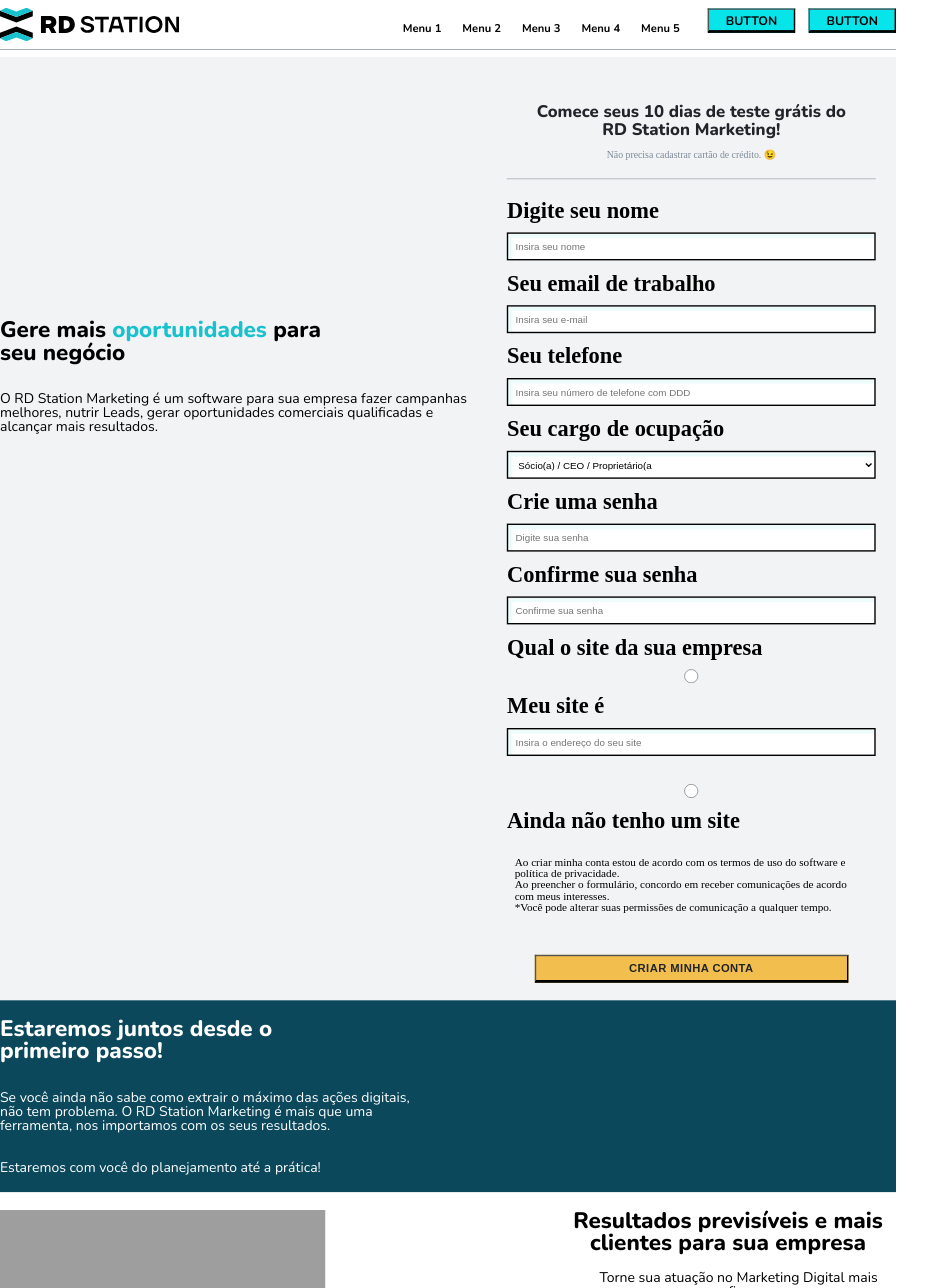
Repository: LarisseLima/rd
Page: index.html
The author's editor kept a copy of each file at every save. The page is drawn from the files as they stood at one save, then again after the next save.
The browser window is 1280 px wide. The page is 1356 px wide, so the pictures cover 1356 px, including what lies to the right of the window. The pictures show the part of the page from y = 0 to 1840 px (the page is 4789 px tall before and 4805 px after), at 70% of full size.
Pictures or frames that could not be fetched are drawn as grey boxes.

Above is the page before, as saved 2021-07-27 13:27:14.

### index.html
<!DOCTYPE html>
<html>
  <head>
    <meta charset="utf-8" />
    <meta name="viewport" content="width=device-width, initial-scale=1" />
    <title>Rd Station</title>
    <link rel="shortcut icon" href="assets//favicon.png" />
    <link rel="stylesheet" href="css/index.css" />
  </head>
  <body>
    <header class="header">
      <div class="container">
        <img class="container_logo" src="assets/logo.svg" alt="Logo RD" />
        <nav class="header_nav">
          <ul>
            <li>Menu 1</li>
            <li>Menu 2</li>
            <li>Menu 3</li>
            <li>Menu 4</li>
            <li>Menu 5</li>
          </ul>
          <div>
            <button className="btn-primary">button</button>
            <button>button</button>
          </div>
        </nav>
      </div>
    </header>
    <main>
      <section class="section_modal">
        <div class="container">
          <div class="section_modal_info">
            <h2 class="section_modal_title">
              Gere mais <span>oportunidades</span>  para seu negócio
            </h2>
            <p class="section_modal_paragraph">
              O RD Station Marketing é um software para sua empresa fazer
              campanhas melhores, nutrir Leads, gerar oportunidades comerciais
              qualificadas e alcançar mais resultados.
            </p>
          </div>
          <form method="post" action="https://app.rdstation.com.br/signup">
            <header>
              <h4>Comece seus 10 dias de teste grátis do RD Station Marketing!</h4>
              <h5>Não precisa cadastrar cartão de crédito. 😉</h5>
            </header>
            <label >Digite seu nome</label>
            <input
              type="text"
              name="name"
              placeholder="Insira seu nome"
            />
            <label >Seu email de trabalho</label>
            <input
              type="email"
              name="email"
              placeholder="Insira seu e-mail"
            />
            <label >Seu telefone</label>
            <input
              type="tel"
              name="telefone"
              placeholder="Insira seu número de telefone com DDD"
            />

            <label >Seu cargo de ocupação</label>
            <select
              name="cargo"
              placeholder="Age..."
            >
              <option value="ceo">Sócio(a) / CEO / Proprietário(a</option>
              <option value="diretorVendas">Diretor(a) de Vendas</option>
              <option value="diretorMarketing">Diretor(a) de Marketing</option>
              <option value="diretorOA">Diretor(a) Outras Áreas</option>
              <option value="gerenteVendas">"Gerente de Vendas</option>
              <option value="supervisorMarketing">
                Coordenador(a)/Supervisor(a) de Marketing
              </option>
              <option value="supervisorVendas">Coordenador(a)/Supervisor(a) de Vendas</option>
              <option value="analistaMarketing">Analista/Assistente de Marketing</option>
              <option value="analistaVendas">Analista/Assistente de Vendas</option>
              <option value="vendedorContas">Vendedor(a) / Executivo(a) de Contas</option>
              <option value="estudante">Estudante</option>
              <option value="OC">Outros Cargos</option>

            </select>

            <label >Crie uma senha</label>
            <input
              type="password"
              name="password"
              placeholder="Digite sua senha"
            />
            <label >Confirme sua senha</label>
            <input
              type="password"
              name="confirmPassword"
              placeholder="Confirme sua senha"
            />
            <label>Qual o site da sua empresa</label>
            <input type="radio" name='site' id="site" />
            <label htmlFor='site'>Meu site é </label>
            <input
              type="text"
              name="site"
              placeholder="Insira o endereço do seu site"
            />
            <input type="radio" name='site' id="site" />
            <label htmlFor='site'>Ainda não tenho um site  </label>

            <ul>
              <li>
                Ao criar minha conta estou de acordo com os termos de uso do software e política de privacidade.
              </li>
              <li>
                Ao preencher o formulário, concordo em receber comunicações de acordo com meus interesses.
              </li>
              <li>
                *Você pode alterar suas permissões de comunicação a qualquer tempo.
              </li>
            </ul>
            <button>criar minha conta </button>
          </form>
          </div>
        </div>
      </section>
      <section class="section_rd">
        <div class="container">
          <div class="section_rd_info">
            <h2 class="section_rd_title">
              Estaremos juntos desde o primeiro passo!
            </h2>
            <p class="section_rd_paragraph">
              Se você ainda não sabe como extrair o máximo das ações digitais, não tem problema. O RD Station Marketing é mais que uma ferramenta, nos importamos com os seus resultados.
            </p>
            <p class="section_rd_paragraph">
              Estaremos com você do planejamento até a prática!
            </p>
          </div>
        </div>
          </div>
        </div>
      </section>
      <section class="section_photo">
        <div class="container">
          <div class="section_img">
            <img src="assets/img-rdoer.svg" alt="">
          </div>
          <div class="section_img_about">
            <h2 class="section_img_about_title">
              Resultados previsíveis
              e mais clientes para sua empresa
            </h2>
            <h3 class="section_img_about_subtitle">Torne sua atuação no Marketing Digital mais eficaz</h3>
            <div class="section_list">
              <ul class="section_list_ul">
              <li class="section_list_li">
                <img src="assets/checkmark.svg" alt="">
                <strong>Ferramentas intuitivas</strong> e com modelos prontos, vídeos explicativos e passo a passo guiado
              </li>
              <li class="section_list_li">
                <img src="assets/checkmark.svg" alt="">
                <strong>Implementação com especialistas</strong>focada em planejamento e prática (nos planos Marketing Pro e Enterprise)
              </li>
              <li class="section_list_li">
                <img src="assets/checkmark.svg" alt="">
                <strong>Time de especialistas em Sucesso do Cliente</strong> para apoiar na otimização da estratégia em cada fase da sua jornada (nos planos Marketing Pro e Enterprise)
              </li>
              <li class="section_list_li">
                <img src="assets/checkmark.svg" alt="">
                <strong>Suporte técnico</strong> em português, espanhol e inglês para tirar dúvidas, com 97% de satisfação entre nossos clientes
              </li>
              <li class="section_list_li">
                <img src="assets/checkmark.svg" alt="">
                <strong>Muito conteúdo educativo,</strong> eventos, cursos da RD University e comunidades para você continuar evoluindo
              </li>
            </ul>
              </div>
          </div>
        </div>
      </section>
      <section class="section_cards">
        <div class="container">
          <div class="section_cards_info">
            <h2 class="section_cards_title">
              A ferramenta de Automação de Marketing líder na América Latina
            </h2>
            <div class="card_row">
              <div class="card_row_info color">
                <h2>Torne sua operação de Marketing Digital mais produtiva</h2>
                <p>Chega de usar várias ferramentas separadas e perder as informações no caminho! Somos o que chamam de ferramenta tudo-em-um: reunimos os principais recursos de Marketing Digital em um só lugar para sua operação ser mais eficaz.</p>
                <img class="image" src="assets/icons/card-1.svg" alt="icon" />
              </div>

              <div class="card_row_info color">
                <h2>Crie facilmente
                  campanhas que funcionam</h2>
                <p>É fácil usar o RD Station Marketing, porque suas funcionalidades são simples, mas poderosas, e contam com dezenas de modelos — como de Landing Pages, Pop-ups, emails — para diversas ocasiões e segmentos que você pode personalizar de acordo com a sua campanha.</p>
                <img class="image" src="assets/icons/card-2.svg" alt="settings" />
              </div>

              <div class="card_row_info color">
                <h2>Construa jornadas personalizadas e gere vendas em escala</h2>
                <p>Envie a mensagem certa na hora certa e construa jornadas personalizadas que geram até 5x mais conversões e guiam Leads até a compra. Automatize também suas tarefas e aumente a produtividade de Marketing e Vendas.</p>
                <img class="image" src="assets/icons/card-3.svg" alt="article" />
              </div>

            </div>
            <div class="card_row">
              <div class="card_row_info color">
                <h2>Encontre automaticamente as melhores oportunidades</h2>
                <p>Conheça melhor seu público, de acordo com as informações capturadas nas suas páginas e formulários. Defina critérios para identificar automaticamente Leads com maior potencial de compra e envie para o comercial oportunidades qualificadas.</p>
                <img class="image" src="assets/icons/card-4.svg" alt="icon" />
              </div>

              <div class="card_row_info color">
                <h2>Saia da incerteza e comprove resultados</h2>
                <p>Ao invés de fazer uma série de ações isoladas, sem saber qual funciona, junte as informações de todos os seus contatos e suas ações em diferentes canais com recursos de análise para provar que Marketing Digital traz mais vendas e clientes.</p>
                <img class="image" src="assets/icons/card-5.svg" alt="settings" />
              </div>

              <div class="card_row_info color">
                <h2>Suporte ágil e na sua língua</h2>
                <p>Nosso time de suporte técnico está disponível quando você precisar, com uma taxa de satisfação de 97% entre nossos clientes e um tempo médio de resolução de 6 horas. E o melhor: tudo isso em português.</p>
                <img class="image" src="assets/icons/card-3.svg" alt="article" />
              </div>

            </div>
          </div>
        </div>
          </div>
        </div>
      </section>
      <section class="section_mk">
        <div >
          <div class="section_mk_info">
            <h2 class="section_mk_title">
              Por que mais de 25.000 empresas escolheram o RD Station?
            </h2>
            <p class="section_mk_paragraph">
              Combinamos nossos produtos de Marketing e Vendas com pessoas que se importam com seus resultados e um ecossistema que apoia o seu negócio do planejamento à prática.
            </p>
            <div class="section_mk_button">
             <a href="https://app.rdstation.com.br/signup" target="blank"> <img src="assets/button-yellow.svg" alt="Botão criar conta"></a>
            </div>
          </div>
        </div>
          </div>
        </div>
      </section>
      <section class="section_video">
        <div class="container">
          <div class="section_video_about">
            <h2 class="section_video_about_title">
              Entenda melhor como o RD Station Marketing funciona na prática
            </h2>
            <div class="section_video_button">
              <a href="https://app.rdstation.com.br/signup" target="blank"> <img src="assets/button-play.svg" alt="Botão criar conta"></a>
             </div>
          </div>
          <iframe
            width="560"
            height="315"
            src="https://www.youtube.com/embed/lGCesaaLi4s?controls=0"
            frameborder="0"
            allowfullscreen
          ></iframe>
        </div>
      </section>
      <section class="section_logos">
        <div class="container">
          <div class="section_logos_about">
            <h2 class="section_logos_title">
              Torne sua operação de Marketing ainda mais poderosa
            </h2>
            <p class="section_logos_title">
              O RD Station Marketing se conecta as principais ferramentas nacionais e internacionais
            </p>
            <div class="section_logos_button">
              <a href="https://app.rdstation.com.br/signup" target="blank"> <img src="assets/button-play.svg" alt="Botão criar conta"></a>
             </div>
          </div>
          <div class="section_logos_img"> <img src="assets/section-logos.svg" alt="Logo empresas"></div>
        </div>
      </section>
    </main>
    <footer class="footer">
      <section class="footer_section">
          <div class="footer_section_img">
                <img src="assets/logo2.svg" alt="Logo RD" />
          </div>
            <div class="footer_section_icons">
              <ul>
                  <li><a href="https://twitter.com/rd_station" target="blank" ><img src="assets/twitter.svg" alt="Icone do Twitter"/></a></li>
                  <li><a href="https://www.facebook.com/ResultadosDigitais/"  target="blank" ><img src="assets/facebook.svg" alt="Icone do faceboock"/></a></li>
                  <li><a href="https://www.linkedin.com/company/resultadosdigitais"  target="blank" ><img src="assets/linkedin.svg" alt="Icone do Linkedin"/></a></li>
                  <li><a href="https://www.instagram.com/resdigitais/
                    "  target="blank" ><img src="assets/instagram.svg" alt="Icone do Instagram"/></a></li>
                  <li><a href="https://www.youtube.com/channel/UC5lPKvmw6-DFya_qreisENQ"   target="blank" ><img src="assets/youtube.svg" alt="Icone do Youtube"/></a></li>
              </ul>
          </div>
          </div>
          <div class="footer_section_row"></div>
          <div class="footer_section_info">
            <h3 class="footer_section_info_h3">© 2021 <span>RD Station.
               </span><a href="https://legal.rdstation.com/pt/privacy-policy/">Política de Privacidade.</a> </h3>
          </ul>
      </section>
    </footer>
  </body>
</html>

### css/index.css
@import "style.css";
@import "reset.css";

### css/style.css
@import url("https://fonts.googleapis.com/css2?family=Nunito:wght@300;400;700;800&display=swap");

body {
  font-family: "Nunito", sans-serif;
  background: var(--white);
}

/* .container {
  width: 94%;
  margin: 0 auto;
} */
.container_logo{
  margin-bottom: 10px;
  width: 20%;
}

.header {
  background-color: var(--white);
  padding: 10px 0;
  display: flex;
  height: 100%;
  justify-content: space-around;
  align-items: center;
}

.header ul{
  padding: 20px 10px;
  list-style: none;
  display: flex;
  align-items: center;
  justify-content: center;
}

.header li{
  position: relative;
  cursor: pointer;
  font-size: 1.25rem;
  padding: 15px;
  align-items: center;
  font-size: 16px;
  font-weight: 700;
  font-family: "Nunito", sans-serif;
}
.header li:hover{
color: var(--blueHover)
}

.header .container {
  display: flex;
  align-items: center;
  justify-content: space-between;
  width: 100%;
  height: 60px;
  border-bottom: 1px solid var(--lighterGray-70);
  /* position: fixed; */
  z-index: 9;
}

.header_nav {
  display: flex;
}

.header_nav button {
  margin-top: 15px;
  transition: 0.5s;
  font-size: 1.1rem;
  margin-left: 15px;
  font-weight: bold;
  color: var(--black);
  text-transform: uppercase;
  font-family: "Nunito", sans-serif;
}
.header_nav_button img {
  width: 85px;
}

.header_nav button:hover,
.section_mk_button img:hover,
.section_video_button img:hover,
.section_logos_button img:hover {
  transform: translateY(-5px);
  cursor: pointer;
}

.section_modal {
  /* background-color: var(--lighterGray); */
  background-image: url(assets/shape1.svg);
  /* background-position: center top; */
  background-size: cover;
  background-repeat: no-repeat;
  padding: 25px 0;
  width: 100%;
  display: flex;
}

.section_modal_title{
  padding-top: 350px;
}

.section_modal_paragraph{
  padding-top: 40px;
  font-family: "Nunito", sans-serif;
  font-size: 20px;
  font-weight: 400;
}
.section_modal .container {
  color: var(--black);
  display: flex;
  justify-content: space-between;
}


form{
  width: 100%;
  height: 100%;
  display: flex;
  align-items: center;
  justify-content: center;
  flex-direction: column;
}

form header{
  width: 90%;
  display: flex;
  margin-top: 40px;
  padding-bottom: 24px;
  flex-direction: column;
  justify-content: center;
  align-items: center;
  border-bottom: 1px solid var(--lighterGray-60);
  margin-bottom: 32px;
}

form h4{
  width: 448px;
  height: 52px;
  left: 860px;
  font-family: "Nunito", sans-serif;
  font-weight: 800;
  font-size: 24px;
  line-height: 110%;
  text-align: center;
  color: var(--lighterGray-100);
}

form h5{
  width: 275px;
  height: 17px;
  margin-top: 16px;
  font-family: 'Nunito' Sans;
  font-size: 14px;
  line-height: 120%;
  text-align: center;
  color: var(--lighterGray-70);
}

form label{
  width: 90%;
  display: flex;
  flex-direction: column;
  font-family: 'Nunito' Sans;
  font-weight: 600;
  font-size: 32px;
  line-height: 24px;

}

form input, select{
  width: 90%;
  height: 40px;
  background: var(--white);
  padding: 10px;
  font-family: 'Nunito' Sans;
  font-style: normal;
  font-weight: normal;
  font-size: 14px;
  line-height: 20px;
  margin: 20px 0px;
  border: 2px solid var(--black);
  box-sizing: border-box;
  box-shadow: inset 6px 6px 0px #EEFBFB;
}

form input[type=radio]{
  width: 50%;
  height: 20px;
  display: flex;
  box-shadow: none;
}

form ul{
  display: flex;
  flex-direction: column;
  margin: 40px;
}

form button{
  text-transform: uppercase;
  display: flex;
  flex-direction: column;
  justify-content: center;
  align-items: center;
  padding: 0px;
  margin-top: 20px;
  width: 448px;
  height: 40px;
  left: 0px;
  top: 0px;
  font-family: 'Nunito' Sans;
  font-style: normal;
  font-weight: 800;
  font-size: 16px;
  line-height: 150%;
  text-align: center;
  letter-spacing: 0.04em;
  text-transform: uppercase;
  color: var(--lighterGray-100);
  background: var(--highlight-60);
  flex: none;
  order: 0;
  flex-grow: 0;
}

form button:hover{
  background: var(--blueHover);
}
.section_modal_title,
.section_rd_title,
.section_img_about_title,
.section_img_about_title,
.section_video_about_title,
.section_logos_title, .section_cards_title {
  font-weight: 900;
  width: 15em;
  font-family: "Nunito", sans-serif;
  font-size: 32px;
}

.section_modal_title span {
  color: var(--blueAscent);
}

.section_rd_paragraph,
.section_logos_paragraph {
  width: 600px;
  padding-right: 108px;
  padding-top: 40px;
  font-family: "Nunito", sans-serif;
  font-size: 20px;
  font-weight: 400;
}

.section_rd {
  background-color: var(--darkBlue);
  padding: 25px 0;
}

.section_rd .container {
  color: var(--white);
  display: flex;
  justify-content: space-between;
}

.section_photo {
  /* background-color: var(--lighterGray); */
  padding: 25px 0;
}

.section_photo .container {
  display: flex;
  justify-content: space-between;
}

.section_img img {
  height: 500px;
  width: 465px;
  border-radius: 0px;
}
.section_img_about {
  width: 450px;
  text-align: center;
  align-items: flex-end;
  display: flex;
  flex-direction: column;
  display: flex;
}


.section_img_about_subtitle {
  padding-top: 24px;
  font-weight: 400;
  font-family: "Nunito", sans-serif;
  font-size: 20px;
}

.section_list li {
  padding-top: 30px;
  font-weight: 400;
  font-family: "Nunito", sans-serif;
  font-size: 16px;
}

.section_list_li strong {
  font-weight: bolder;
}
.section_list_li img {
  height: 13px;
  width: 18px;
  margin-right: 19px;
  border-radius: 0px;
}
.section_cards{
  padding: 25px 0;
}

.card_row {
  padding-top: 55px;
  display: flex;
  justify-content: center;
  align-items: center;
}
.card_row_info {
  border-radius: 5px;
  box-shadow: 7px 7px 13px 0px rgba(50, 50, 50, 0.22);
  padding: 30px;
  margin: 20px;
  width: 400px;
  height: 450px;
  transition: all 0.3s ease-out;
}
.card_row_info:hover {
  transform: translateY(-5px);
  cursor: pointer;
}
 .card_row_info h2{
  font-weight: 900;
  font-family: "Nunito", sans-serif;
  font-size: 28px;
  line-height: 110%;
  display: flex;
  align-items: center;
 }
.card_row_info p {
  padding-top: 16px;
  color: var(--black);
  font-family: "Nunito", sans-serif;
  font-style: normal;
  font-weight: normal;
  font-size: 16px;
  line-height: 150%;
  display: flex;
  align-items: center;
}

.image {
  float: right;
  max-width: 54px;
  max-height: 54px;
}
.color {
  border-left: 3px solid var(--blueAscent);
}


.section_mk {
  margin-right: 135px;
  margin-left: 135px;
  background-color: var(--darkBlue);
  color: var(--white);
  text-align: center;
}

.section_mk_info  {
  width: 100%;
  align-items: center;
  display: flexbox;
  justify-items: center;
}

.section_mk_title {
  padding-top: 20px;
  font-weight: 900;
  font-family: "Nunito", sans-serif;
  font-size: 32px;
  text-align: center;
}

.section_mk_paragraph {
  padding-right: 108px;
  padding-top: 40px;
  font-family: "Nunito", sans-serif;
  font-size: 20px;
  font-weight: 400;
}

.section_mk_button img,
.section_video_button img,
.section_logos_button img {
  padding-top: 40px;
  width: 250px;
}

.section_video {
  background-color: var(--lighterGray);
  padding: 25px 0;
}
.section_video_about_title {
  padding-top: 66px;
}
.section_video .container {
  color: var(--black);
  display: flex;
  justify-content: space-between;
}

.section_video .container {
  color: var(--black);
  display: flex;
  justify-content: space-between;
}

.section_video_about_title {
  padding-top: 66px;
}


.section_logos {
  background-color: var(--lighterGray);
  padding: 25px 0;
}
.section_logos_title{
  padding-top: 66px;
}
.section_logos .container {
  display: flex;
  justify-content: space-between;
}


.section_logos_img img {
  padding-top: 105px;
  align-items: flex-end;
}

.footer {
  background-color: var(--blueAscent);
  padding-top: 20px;
  text-align: center;
}

.footer_section_img img {
  width: 25%;
  height: 32px;
}

.footer_section_icons img {
  float: left;
  align-items: flex-end;
  margin-right: 20px;
  margin-top: 10px;
}

.footer_section_icons ul,
li,
a {
  display: inline-block;
  list-style: none;
  align-items: center;
  justify-content: center;
}
.footer_section_icons li:hover{
  transform: translateY(-5px);
}

.footer_section_info_h3{
  padding-top: 5px;
  font-family: "Nunito", sans-serif;
  font-size: 14px;
  text-align: center;
}

.footer_section_info_h3 span{
  font-weight: bolder;
}

.footer_section_info_h3 a{
  color: var(--black);
  text-decoration: underline;
}

.footer_section_info_h3 a:hover{
  color: var(--blueHover);
}
.footer_section_row {
  margin-top: 24px;
  width: 1354px;
  height: 0px;
  top: 4618px;
  border: 1px solid var(--white);
}

/* @media (min-width: 768px) {

}

Loaded but not shown: css/reset.css (176 lines, source omitted)

After the next save:
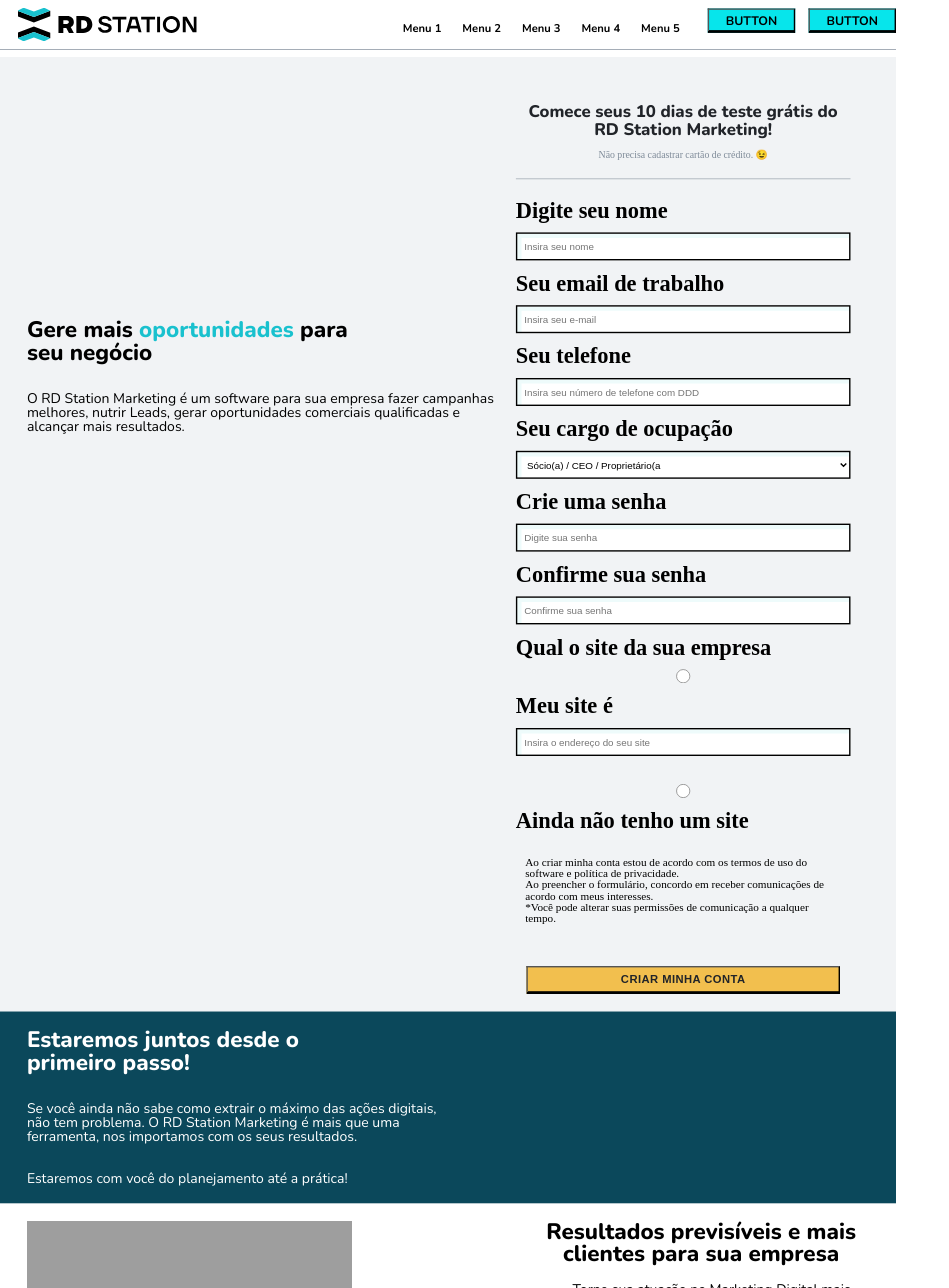
Saved 31 min 57 s later.
--- a/css/style.css
+++ b/css/style.css
@@ -5,14 +5,18 @@
   background: var(--white);
 }
 
-/* .container {
+.container {
   width: 94%;
   margin: 0 auto;
-} */
+}
+
 .container_logo{
+  margin-left: 25px;
   margin-bottom: 10px;
   width: 20%;
 }
+
+
 
 .header {
   background-color: var(--white);
